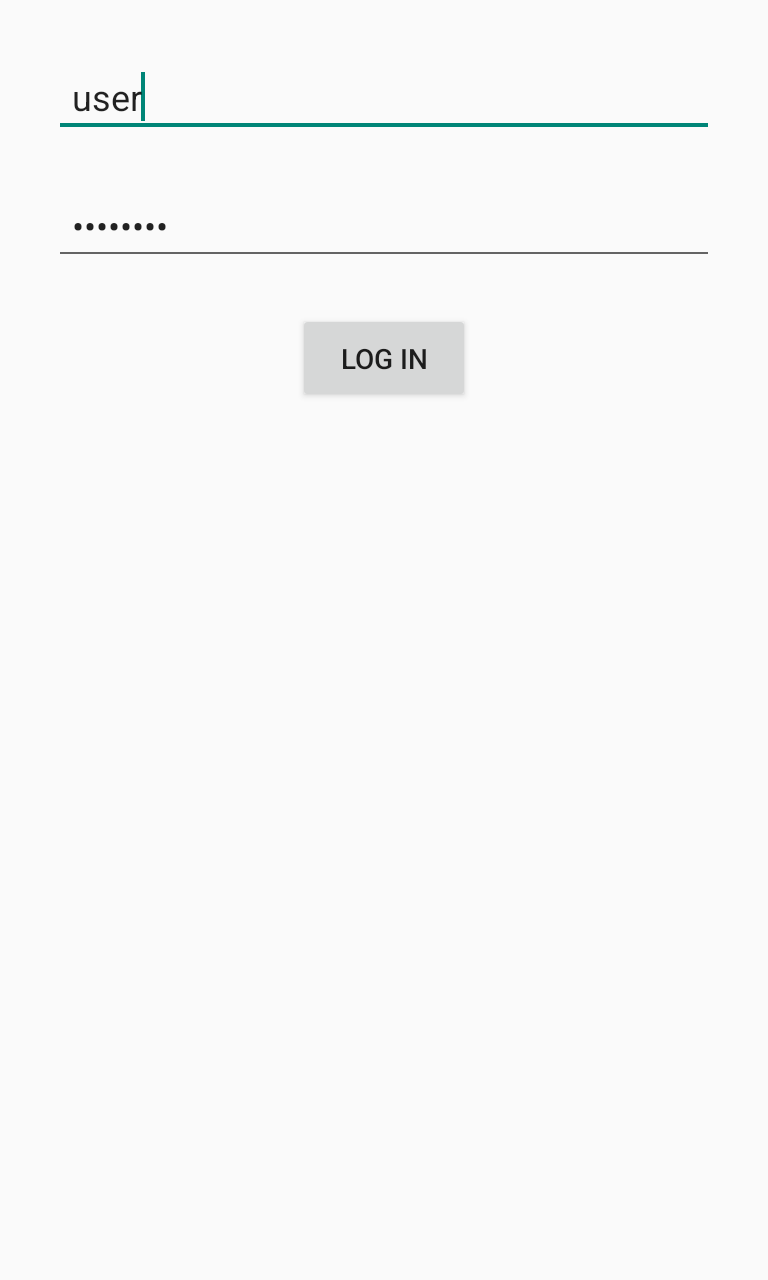
Repository: mgorski-mg/FunsCounter
Layout: FunsCounter/res/layout/login_fragment.xml
An editor plug-in stored every save of this project. The layout is shown before and after the next save, followed by the edit.
It is drawn on a 768 x 1280 px phone screen (xhdpi) without system bars, with theme AppTheme; the app's code is not run.

Above is the layout before, as saved 2014-02-06 20:23:35.

### FunsCounter/res/layout/login_fragment.xml
<RelativeLayout xmlns:android="http://schemas.android.com/apk/res/android"
    android:layout_width="fill_parent"
    android:layout_height="wrap_content"
    android:layout_gravity="center"
    android:padding="@dimen/activity_padding" >

    <EditText
        android:id="@+id/user"
        android:layout_width="match_parent"
        android:layout_height="wrap_content"
        android:layout_alignParentTop="true"
        android:layout_margin="10dp"
        android:ems="10"
        android:inputType="text"
        android:padding="10dp"
        android:text="user" >

        <requestFocus />
    </EditText>

    <EditText
        android:id="@+id/password"
        android:layout_width="match_parent"
        android:layout_height="wrap_content"
        android:layout_below="@+id/user"
        android:layout_margin="10dp"
        android:ems="10"
        android:inputType="textPassword"
        android:padding="10dp"
        android:text="password" />

    <Button
        android:id="@+id/loginButton"
        android:layout_width="wrap_content"
        android:layout_height="wrap_content"
        android:layout_below="@+id/password"
        android:layout_centerHorizontal="true"
        android:layout_margin="10dp"
        android:padding="10dp"
        android:text="@string/login" />

</RelativeLayout>

### FunsCounter/res/values/styles.xml
<resources>

    <style name="AppBaseTheme" parent="Theme.AppCompat.Light"></style>

    <!-- Application theme. -->
    <style name="AppTheme" parent="AppBaseTheme"></style>

    <style name="AppTheme.NoTitleBar" parent="AppBaseTheme">
        <item name="windowActionBar">false</item>
    </style>

</resources>

### FunsCounter/res/values/dimens.xml
<resources>

    <!-- Default screen margins, per the Android Design guidelines. -->
    <dimen name="activity_padding">16dp</dimen>

</resources>

### FunsCounter/res/values/strings.xml
<?xml version="1.0" encoding="utf-8"?>
<resources>

    <string name="app_name">Funs Counter</string>
    <string name="refresh_event_list">Refresh Event List</string>
    <string name="refresh_content">Refresh Content</string>
    <string name="connection_problem">Can\'t download data! Please check your internet connection.</string>
    <string name="login">Log In</string>
    <string name="cant_login">Wrong username or password!</string>
    <string name="wait">Please wait!</string>


</resources>

After the next save:
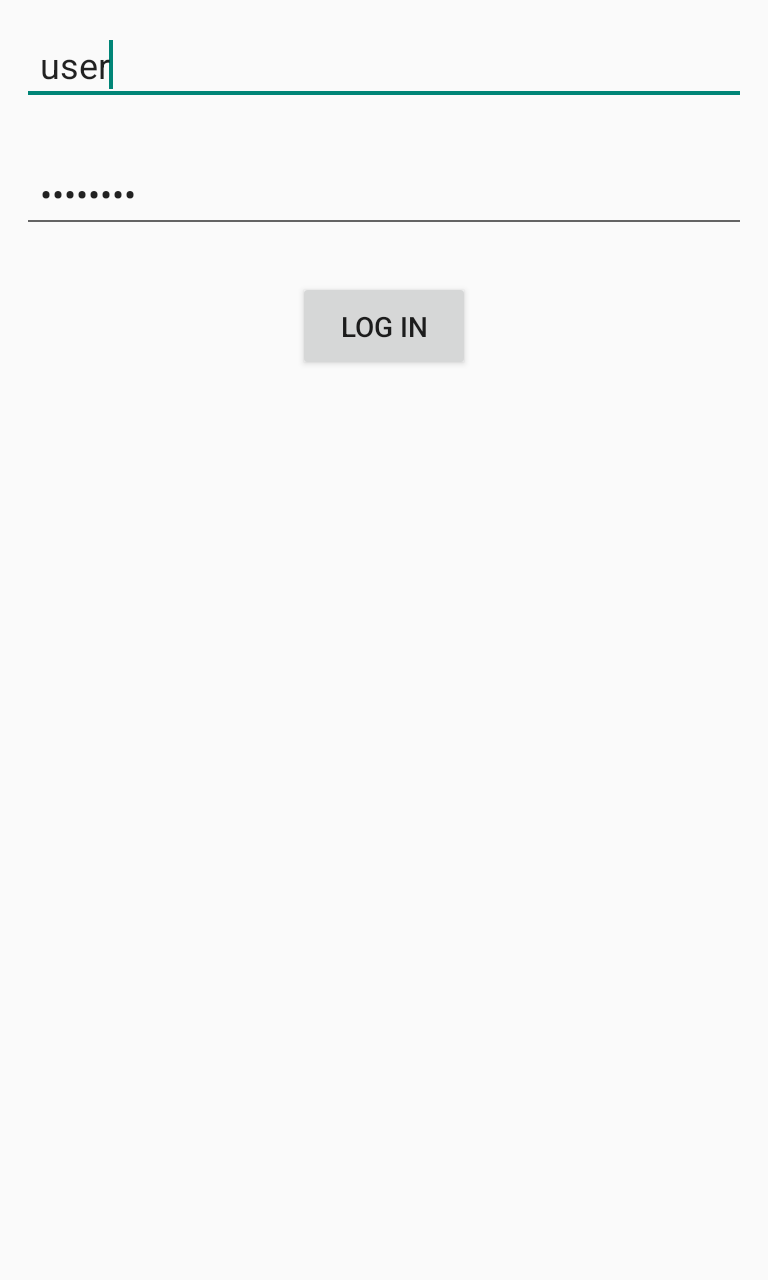
Saved 59 s later.
--- a/FunsCounter/res/layout/login_fragment.xml
+++ b/FunsCounter/res/layout/login_fragment.xml
@@ -1,8 +1,7 @@
 <RelativeLayout xmlns:android="http://schemas.android.com/apk/res/android"
     android:layout_width="fill_parent"
     android:layout_height="wrap_content"
-    android:layout_gravity="center"
-    android:padding="@dimen/activity_padding" >
+    android:layout_gravity="center" >
 
     <EditText
         android:id="@+id/user"
